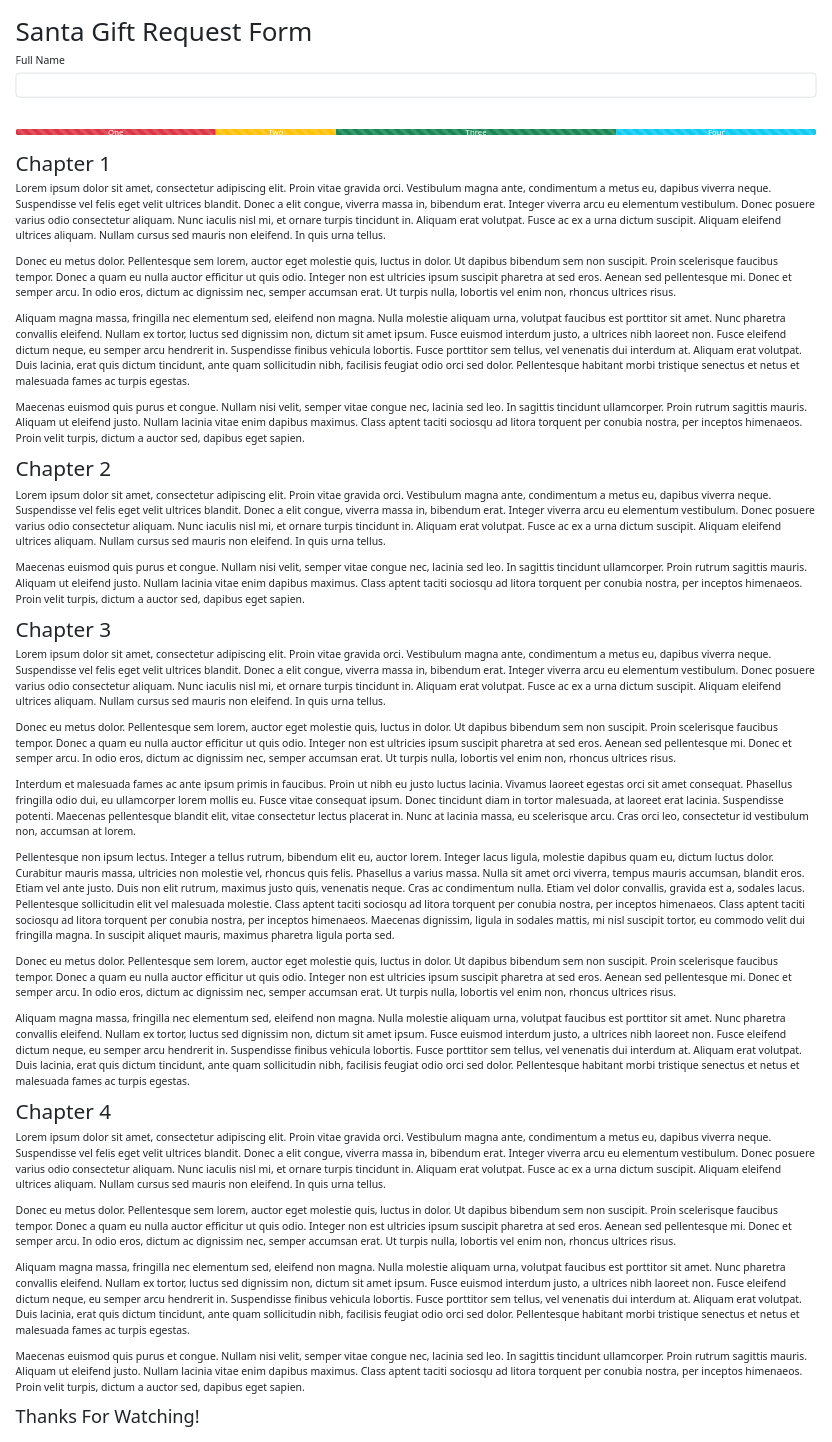
Repository: sarahlochhead/check-santas-list
Page: index.html
The author's editor kept a copy of each file at every save. The page is drawn from the files as they stood at one save, then again after the next save.
The browser window is 1280 px wide. The pictures show the whole page, at 65% of full size.

Above is the page before, as saved 2022-11-25 21:29:22.

### index.html
<!DOCTYPE html>
<html lang="en">
<head>
    <meta charset="utf-8">
    <meta name="viewport" content="width=device-width, initial-scale=1, shrink-to-fit=no">
    <title>Progress Bar | Bootstrap</title>
    <!-- The purpose of progress bars is to show something is loading, in progress, or action taking place with elements on the page. -->
    <!-- STEP 1: Link to Bootstrap CSS -->
    <link href="https://cdn.jsdelivr.net/npm/bootstrap@5.2.3/dist/css/bootstrap.min.css"  rel="stylesheet" integrity="sha384-rbsA2VBKQhggwzxH7pPCaAqO46MgnOM80zW1RWuH61DGLwZJEdK2Kadq2F9CUG65" crossorigin="anonymous">
</head>
<body class="m-4">
    <!-- STEP 3: Review the HTML for the page -->
    <main>
        <h1>Santa Gift Request Form</h1>

        <form>
            <label for="fullName" class="form-label">Full Name</label>
            <input type="text" class="form-control" id="fullName" />

            <label for="giftRequest" class="form-label"></label>


        </form>
        <!-- STEP 4: Create a div and add .progress and some top and bottom margin -->
        <div class="progress mt-4 mb-4 sticky-top" style="height: 10px;">
            <!-- STEP 5: Create another div .progress-bar. Add the appropriate roles and aria attributes (b/c this is not the HTML5 semantic element <progress>)-->
            <div class="progress-bar bg-danger progress-bar-striped progress-bar-animated" role="progressbar" aria-label="Long Read Progress Bar" style="width:25%" aria-valuenow="25" aria-valuemin="0" aria-valuemax="100">One</div>
            <!-- STEP 6: Change the value of width property to 50% percentage and see what happens Note: The aria-valuenow should also be changed -->
            <!-- STEP 7: Add a label to the progress-bar adding text in the div -->
            <!-- STEP 8: Add a bootstrap background color to the progress-bar (bg-success bg-info bg-warning) -->
            <!-- STEP 9: Try adding a bootstrap class of .progress-bar-striped and .progress-bar-animated to the .progress-bar -->
            <!-- STEP 10: Create three more inner divs .progress bar and change the color and width. (copy/paste) -->
            <div class="progress-bar bg-warning progress-bar-striped progress-bar-animated" role="progressbar" aria-label="Long Read Progress Bar" style="width:15%" aria-valuenow="15" aria-valuemin="0" aria-valuemax="100">Two</div>
            <div class="progress-bar bg-success progress-bar-striped progress-bar-animated" role="progressbar" aria-label="Long Read Progress Bar" style="width:35%" aria-valuenow="35" aria-valuemin="0" aria-valuemax="100">Three</div>
            <div class="progress-bar bg-info progress-bar-striped progress-bar-animated" role="progressbar" aria-label="Long Read Progress Bar" style="width:25%" aria-valuenow="25" aria-valuemin="0" aria-valuemax="100">Four</div>
            <!-- STEP 11: Set a height on the div.progress -->
            <!-- STEP 12: give the the div.progress a position class .sticky-top -->
        </div> <!-- .progress -->
        <section id="chapter1">
            <h2>Chapter 1</h2>
            <p>
                Lorem ipsum dolor sit amet, consectetur adipiscing elit. Proin vitae gravida orci. Vestibulum magna
                ante, condimentum a metus eu, dapibus viverra neque. Suspendisse vel felis eget velit ultrices blandit.
                Donec a elit congue, viverra massa in, bibendum erat. Integer viverra arcu eu elementum vestibulum.
                Donec posuere varius odio consectetur aliquam. Nunc iaculis nisl mi, et ornare turpis tincidunt in.
                Aliquam erat volutpat. Fusce ac ex a urna dictum suscipit. Aliquam eleifend ultrices aliquam. Nullam
                cursus sed mauris non eleifend. In quis urna tellus.
            </p>
            <p>
                Donec eu metus dolor. Pellentesque sem lorem, auctor eget molestie quis, luctus in dolor. Ut dapibus
                bibendum sem non suscipit. Proin scelerisque faucibus tempor. Donec a quam eu nulla auctor efficitur ut
                quis odio. Integer non est ultricies ipsum suscipit pharetra at sed eros. Aenean sed pellentesque mi.
                Donec et semper arcu. In odio eros, dictum ac dignissim nec, semper accumsan erat. Ut turpis nulla,
                lobortis vel enim non, rhoncus ultrices risus.
            </p>
            <p>
                Aliquam magna massa, fringilla nec elementum sed, eleifend non magna. Nulla molestie aliquam urna,
                volutpat faucibus est porttitor sit amet. Nunc pharetra convallis eleifend. Nullam ex tortor, luctus sed
                dignissim non, dictum sit amet ipsum. Fusce euismod interdum justo, a ultrices nibh laoreet non. Fusce
                eleifend dictum neque, eu semper arcu hendrerit in. Suspendisse finibus vehicula lobortis. Fusce
                porttitor sem tellus, vel venenatis dui interdum at. Aliquam erat volutpat. Duis lacinia, erat quis
                dictum tincidunt, ante quam sollicitudin nibh, facilisis feugiat odio orci sed dolor. Pellentesque
                habitant morbi tristique senectus et netus et malesuada fames ac turpis egestas.
            </p>
            <p>
                Maecenas euismod quis purus et congue. Nullam nisi velit, semper vitae congue nec, lacinia sed leo. In
                sagittis tincidunt ullamcorper. Proin rutrum sagittis mauris. Aliquam ut eleifend justo. Nullam lacinia
                vitae enim dapibus maximus. Class aptent taciti sociosqu ad litora torquent per conubia nostra, per
                inceptos himenaeos. Proin velit turpis, dictum a auctor sed, dapibus eget sapien.
            </p>
        </section>
        <section id="chapter2">
            <h2>Chapter 2</h2>
            <p>
                Lorem ipsum dolor sit amet, consectetur adipiscing elit. Proin vitae gravida orci. Vestibulum magna
                ante, condimentum a metus eu, dapibus viverra neque. Suspendisse vel felis eget velit ultrices blandit.
                Donec a elit congue, viverra massa in, bibendum erat. Integer viverra arcu eu elementum vestibulum.
                Donec posuere varius odio consectetur aliquam. Nunc iaculis nisl mi, et ornare turpis tincidunt in.
                Aliquam erat volutpat. Fusce ac ex a urna dictum suscipit. Aliquam eleifend ultrices aliquam. Nullam
                cursus sed mauris non eleifend. In quis urna tellus.
            </p>
            <p>
                Maecenas euismod quis purus et congue. Nullam nisi velit, semper vitae congue nec, lacinia sed leo. In
                sagittis tincidunt ullamcorper. Proin rutrum sagittis mauris. Aliquam ut eleifend justo. Nullam lacinia
                vitae enim dapibus maximus. Class aptent taciti sociosqu ad litora torquent per conubia nostra, per
                inceptos himenaeos. Proin velit turpis, dictum a auctor sed, dapibus eget sapien.
            </p>
        </section>
        <section id="chapter3">
            <h2>Chapter 3</h2>
            <p>
                Lorem ipsum dolor sit amet, consectetur adipiscing elit. Proin vitae gravida orci. Vestibulum magna
                ante, condimentum a metus eu, dapibus viverra neque. Suspendisse vel felis eget velit ultrices blandit.
                Donec a elit congue, viverra massa in, bibendum erat. Integer viverra arcu eu elementum vestibulum.
                Donec posuere varius odio consectetur aliquam. Nunc iaculis nisl mi, et ornare turpis tincidunt in.
                Aliquam erat volutpat. Fusce ac ex a urna dictum suscipit. Aliquam eleifend ultrices aliquam. Nullam
                cursus sed mauris non eleifend. In quis urna tellus.
            </p>
            <p>
                Donec eu metus dolor. Pellentesque sem lorem, auctor eget molestie quis, luctus in dolor. Ut dapibus
                bibendum sem non suscipit. Proin scelerisque faucibus tempor. Donec a quam eu nulla auctor efficitur ut
                quis odio. Integer non est ultricies ipsum suscipit pharetra at sed eros. Aenean sed pellentesque mi.
                Donec et semper arcu. In odio eros, dictum ac dignissim nec, semper accumsan erat. Ut turpis nulla,
                lobortis vel enim non, rhoncus ultrices risus.
            </p>
            <p>
                Interdum et malesuada fames ac ante ipsum primis in faucibus. Proin ut nibh eu justo luctus lacinia. Vivamus laoreet egestas orci sit amet consequat. Phasellus fringilla odio dui, eu ullamcorper lorem mollis eu. Fusce vitae consequat ipsum. Donec tincidunt diam in tortor malesuada, at laoreet erat lacinia. Suspendisse potenti. Maecenas pellentesque blandit elit, vitae consectetur lectus placerat in. Nunc at lacinia massa, eu scelerisque arcu. Cras orci leo, consectetur id vestibulum non, accumsan at lorem.
            </p>
            <p>
                Pellentesque non ipsum lectus. Integer a tellus rutrum, bibendum elit eu, auctor lorem. Integer lacus ligula, molestie dapibus quam eu, dictum luctus dolor. Curabitur mauris massa, ultricies non molestie vel, rhoncus quis felis. Phasellus a varius massa. Nulla sit amet orci viverra, tempus mauris accumsan, blandit eros. Etiam vel ante justo. Duis non elit rutrum, maximus justo quis, venenatis neque. Cras ac condimentum nulla. Etiam vel dolor convallis, gravida est a, sodales lacus. Pellentesque sollicitudin elit vel malesuada molestie. Class aptent taciti sociosqu ad litora torquent per conubia nostra, per inceptos himenaeos. Class aptent taciti sociosqu ad litora torquent per conubia nostra, per inceptos himenaeos. Maecenas dignissim, ligula in sodales mattis, mi nisl suscipit tortor, eu commodo velit dui fringilla magna. In suscipit aliquet mauris, maximus pharetra ligula porta sed.
            </p>
            <p>
                Donec eu metus dolor. Pellentesque sem lorem, auctor eget molestie quis, luctus in dolor. Ut dapibus
                bibendum sem non suscipit. Proin scelerisque faucibus tempor. Donec a quam eu nulla auctor efficitur ut
                quis odio. Integer non est ultricies ipsum suscipit pharetra at sed eros. Aenean sed pellentesque mi.
                Donec et semper arcu. In odio eros, dictum ac dignissim nec, semper accumsan erat. Ut turpis nulla,
                lobortis vel enim non, rhoncus ultrices risus.
            </p>
            <p>
                Aliquam magna massa, fringilla nec elementum sed, eleifend non magna. Nulla molestie aliquam urna,
                volutpat faucibus est porttitor sit amet. Nunc pharetra convallis eleifend. Nullam ex tortor, luctus sed
                dignissim non, dictum sit amet ipsum. Fusce euismod interdum justo, a ultrices nibh laoreet non. Fusce
                eleifend dictum neque, eu semper arcu hendrerit in. Suspendisse finibus vehicula lobortis. Fusce
                porttitor sem tellus, vel venenatis dui interdum at. Aliquam erat volutpat. Duis lacinia, erat quis
                dictum tincidunt, ante quam sollicitudin nibh, facilisis feugiat odio orci sed dolor. Pellentesque
                habitant morbi tristique senectus et netus et malesuada fames ac turpis egestas.
            </p>
        </section>
        <section id="chapter4">
            <h2>Chapter 4</h2>
            <p>
                Lorem ipsum dolor sit amet, consectetur adipiscing elit. Proin vitae gravida orci. Vestibulum magna
                ante, condimentum a metus eu, dapibus viverra neque. Suspendisse vel felis eget velit ultrices blandit.
                Donec a elit congue, viverra massa in, bibendum erat. Integer viverra arcu eu elementum vestibulum.
                Donec posuere varius odio consectetur aliquam. Nunc iaculis nisl mi, et ornare turpis tincidunt in.
                Aliquam erat volutpat. Fusce ac ex a urna dictum suscipit. Aliquam eleifend ultrices aliquam. Nullam
                cursus sed mauris non eleifend. In quis urna tellus.
            </p>
            <p>
                Donec eu metus dolor. Pellentesque sem lorem, auctor eget molestie quis, luctus in dolor. Ut dapibus
                bibendum sem non suscipit. Proin scelerisque faucibus tempor. Donec a quam eu nulla auctor efficitur ut
                quis odio. Integer non est ultricies ipsum suscipit pharetra at sed eros. Aenean sed pellentesque mi.
                Donec et semper arcu. In odio eros, dictum ac dignissim nec, semper accumsan erat. Ut turpis nulla,
                lobortis vel enim non, rhoncus ultrices risus.
            </p>
            <p>
                Aliquam magna massa, fringilla nec elementum sed, eleifend non magna. Nulla molestie aliquam urna,
                volutpat faucibus est porttitor sit amet. Nunc pharetra convallis eleifend. Nullam ex tortor, luctus sed
                dignissim non, dictum sit amet ipsum. Fusce euismod interdum justo, a ultrices nibh laoreet non. Fusce
                eleifend dictum neque, eu semper arcu hendrerit in. Suspendisse finibus vehicula lobortis. Fusce
                porttitor sem tellus, vel venenatis dui interdum at. Aliquam erat volutpat. Duis lacinia, erat quis
                dictum tincidunt, ante quam sollicitudin nibh, facilisis feugiat odio orci sed dolor. Pellentesque
                habitant morbi tristique senectus et netus et malesuada fames ac turpis egestas.
            </p>
            <p>
                Maecenas euismod quis purus et congue. Nullam nisi velit, semper vitae congue nec, lacinia sed leo. In
                sagittis tincidunt ullamcorper. Proin rutrum sagittis mauris. Aliquam ut eleifend justo. Nullam lacinia
                vitae enim dapibus maximus. Class aptent taciti sociosqu ad litora torquent per conubia nostra, per
                inceptos himenaeos. Proin velit turpis, dictum a auctor sed, dapibus eget sapien.
            </p>
        </section>
        <footer id="end">
            <h3>Thanks For Watching!</h3>
        </footer>
    </main>
    <!-- STEP 2: Link to Bootstrap JS -->
    <script src="https://cdn.jsdelivr.net/npm/bootstrap@5.2.3/dist/js/bootstrap.bundle.min.js"></script>
</body>
</html>

After the next save:
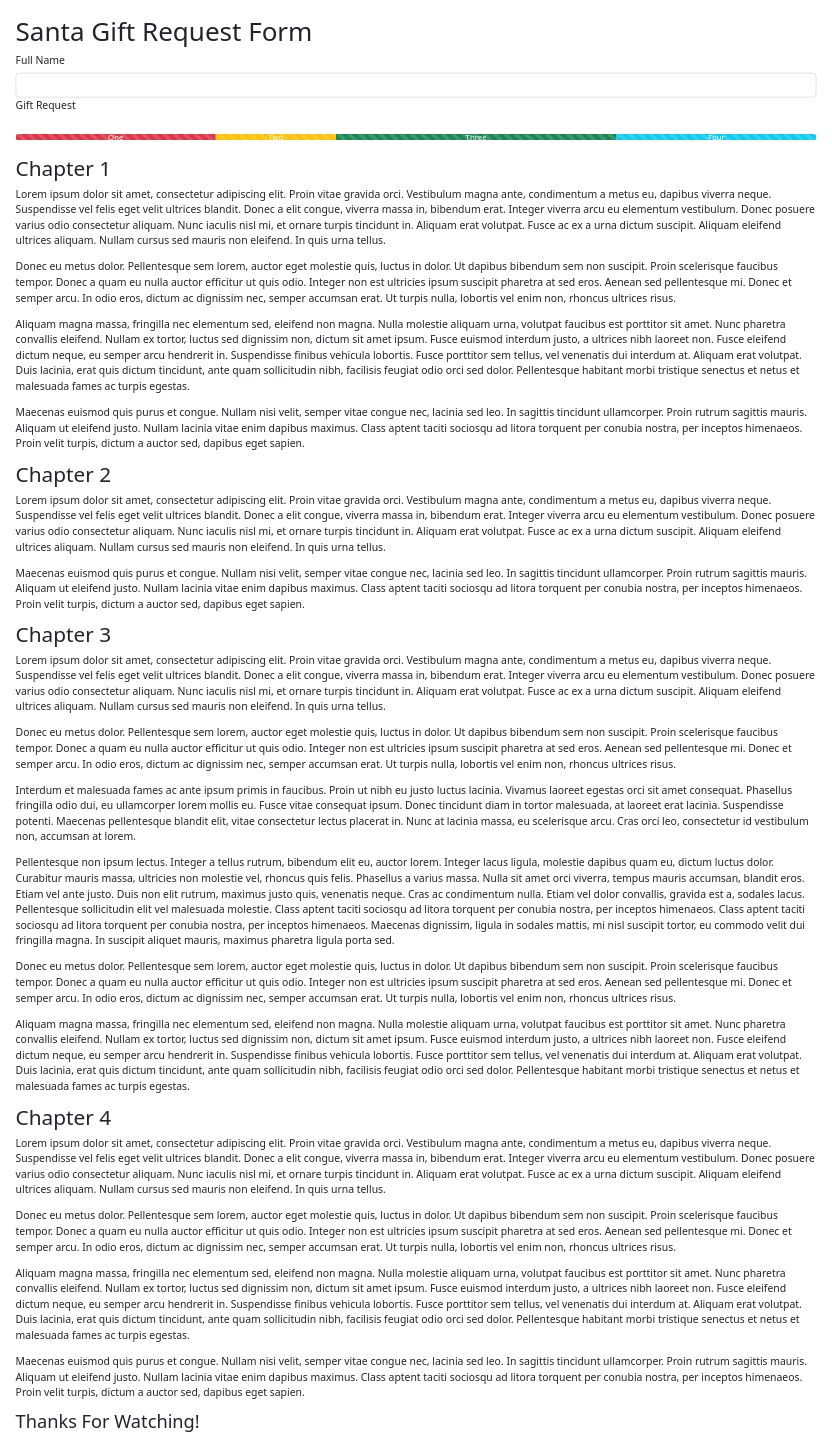
Saved 5 s later.
--- a/index.html
+++ b/index.html
@@ -17,7 +17,7 @@
             <label for="fullName" class="form-label">Full Name</label>
             <input type="text" class="form-control" id="fullName" />
 
-            <label for="giftRequest" class="form-label"></label>
+            <label for="giftRequest" class="form-label">Gift Request</label>
 
 
         </form>
